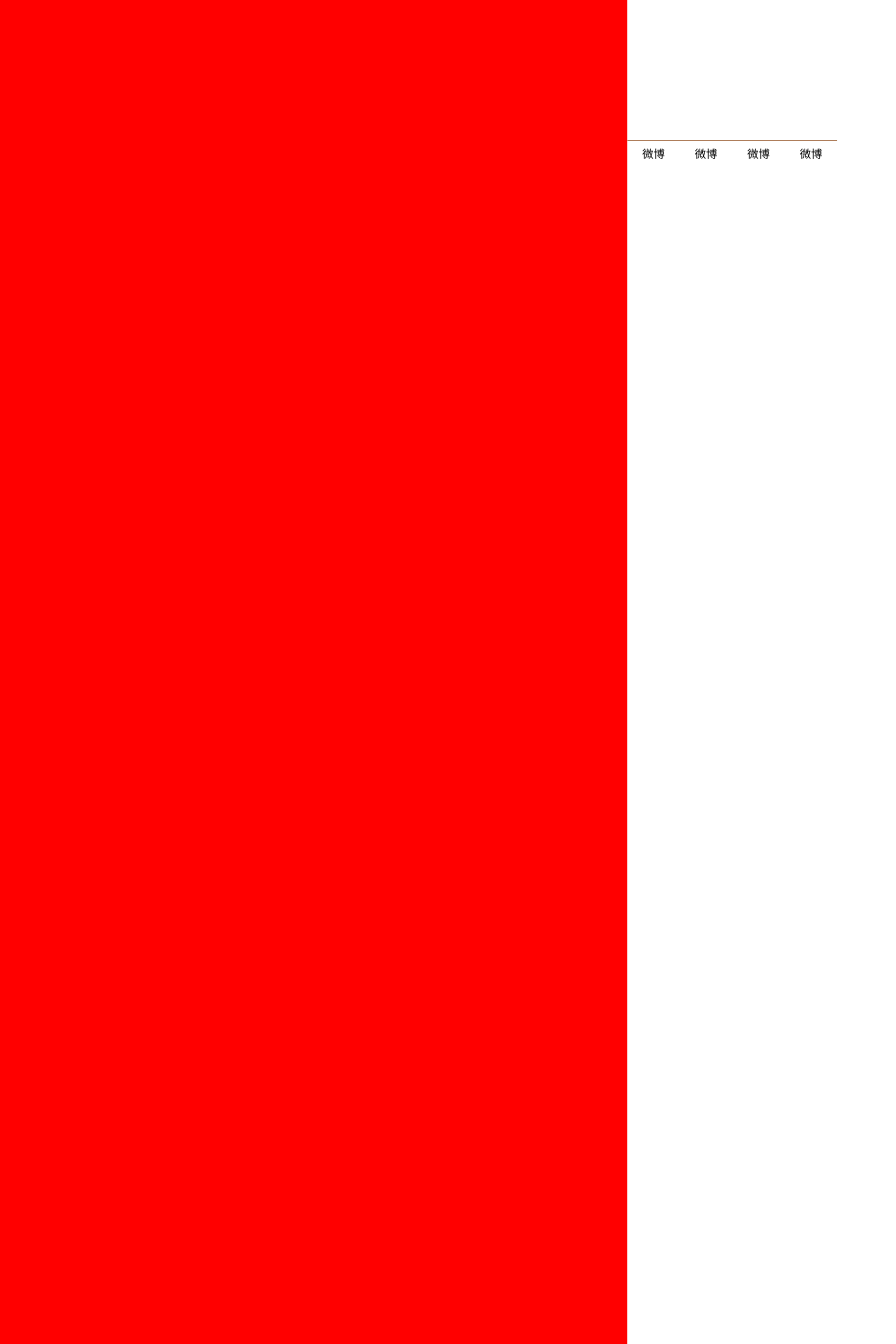
Repository: MMXiaohang/frontend-interview-coding
Page: 19.下拉菜单.html
An editor plug-in stored every save of this project. The page is shown before and after the next save, followed by the edit.
The browser window is 1280 px wide. The pictures show the part of the page from y = 0 to 1920 px (the page is 3000 px tall), at 70% of full size.

Above is the page before, as saved 2022-04-04 20:01:14.

After the next save:
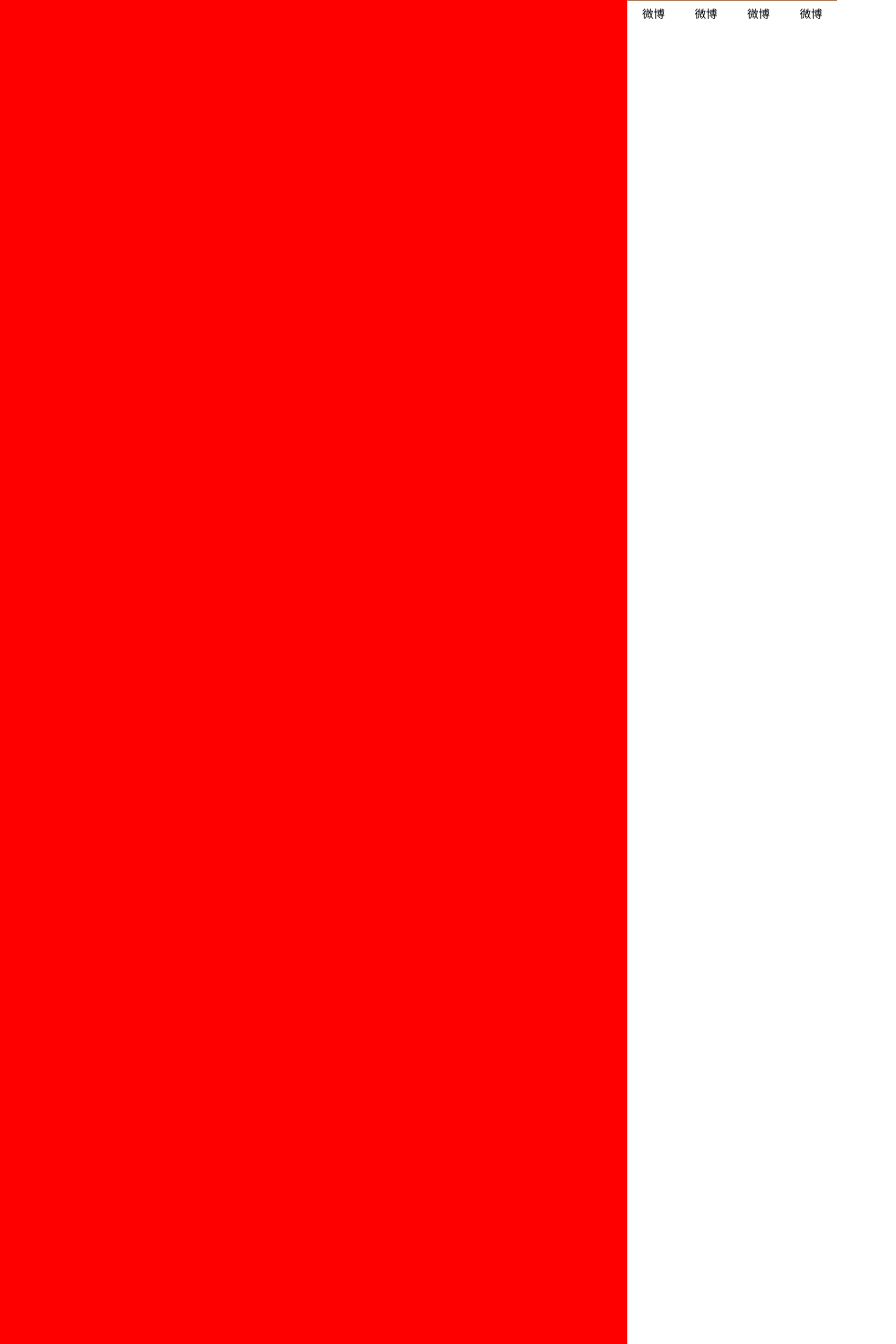
Saved 36 s later.
--- a/19.下拉菜单.html
+++ b/19.下拉菜单.html
@@ -33,7 +33,7 @@
         display: flex;
         justify-content: space-around;
         width: 300px;
-        top: 200px;
+        top: 0px;
         border-top: 1px solid saddlebrown;
       }
 
